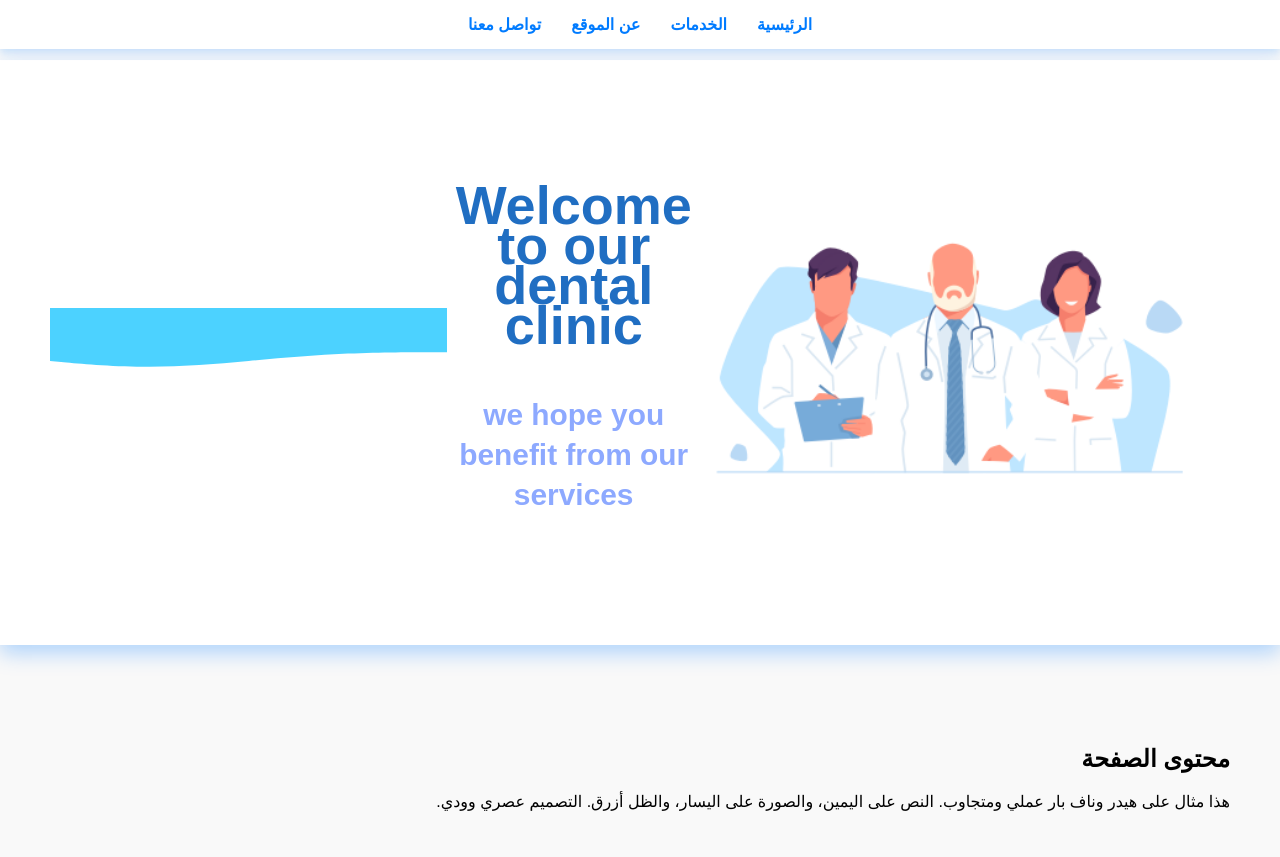
Repository: mysite4/s
Page: http://localhost/
An editor plug-in stored every save of this project. The page is shown before and after the next save, followed by the edit.
The browser window is 1280 px wide. The pictures show the whole page.
Some web fonts or font styles are not loaded; a fallback is used. The page is served by the project's application, run on Django 5.2 (manage.py).

Above is the page before, as saved 2025-10-19 21:39:15.

After the next save:
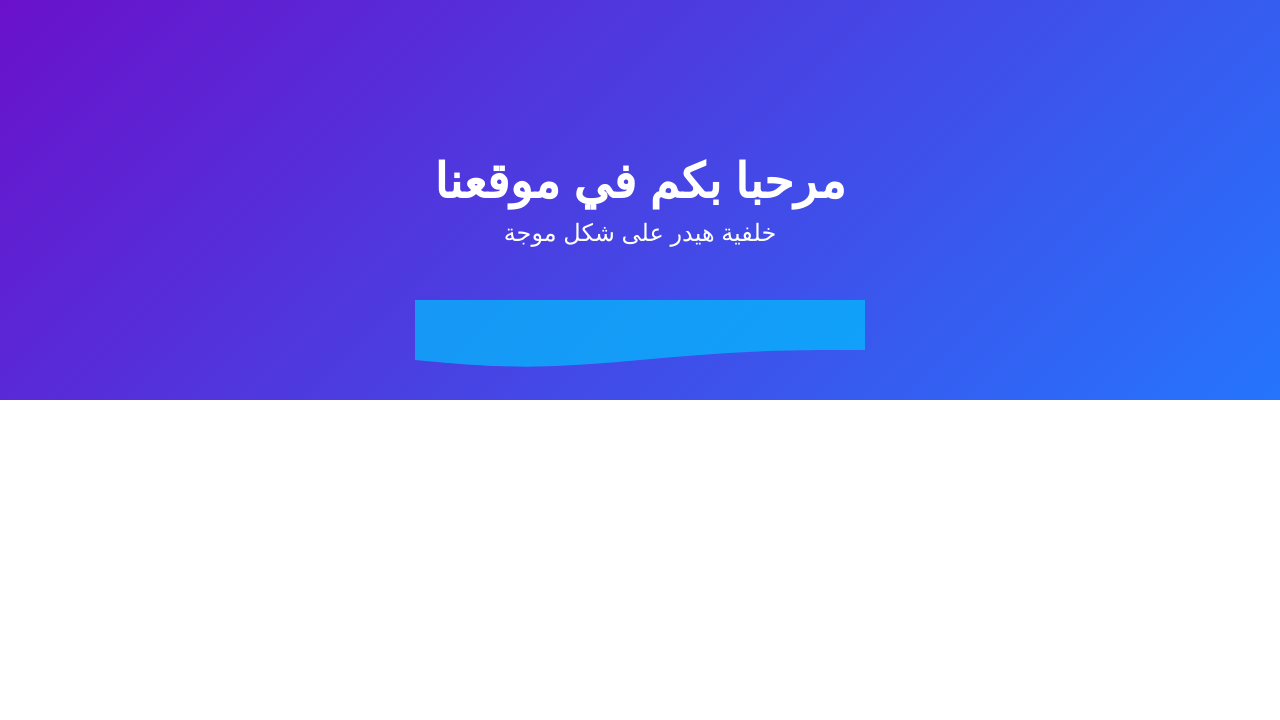
Saved 2 min 3 s later.
--- a/main/templates/home.html
+++ b/main/templates/home.html
@@ -1,40 +1,61 @@
-{% load static %}
 <!DOCTYPE html>
-<html lang="ar" dir="rtl">
+<html lang="ar">
 <head>
 <meta charset="UTF-8">
 <meta name="viewport" content="width=device-width, initial-scale=1.0">
-<title>ناف بار متطور</title>
-<link href="https://fonts.googleapis.com/css2?family=Cairo:wght@200..1000&display=swap" rel="stylesheet">
-<link rel="stylesheet" href="{% static 'css/style.css' %}">
+<title>هيدر بموجة</title>
+<style>
+  body, html {
+    margin: 0;
+    padding: 0;
+    font-family: Arial, sans-serif;
+  }
+
+  /* الهيدر */
+  header {
+    position: relative;
+    height: 400px;
+    background: linear-gradient(135deg, #6a11cb 0%, #2575fc 100%);
+    overflow: hidden;
+    color: white;
+    text-align: center;
+    display: flex;
+    flex-direction: column;
+    justify-content: center;
+  }
+
+  header h1 {
+    font-size: 48px;
+    margin: 0;
+  }
+
+  header p {
+    font-size: 24px;
+    margin: 10px 0 0 0;
+  }
+
+  /* موجة SVG */
+  .waves {
+    position: absolute;
+    bottom: 0;
+    width: 100%;
+    height: 100px;
+  }
+</style>
 </head>
 <body>
 
-<nav>
-  <ul>
-    <li><a href="#">الرئيسية</a></li>
-    <li><a href="#">الخدمات</a></li>
-    <li><a href="#">عن الموقع</a></li>
-    <li><a href="#">تواصل معنا</a></li>
-  </ul>
-</nav>
+<header>
+  <div class="header-content">
+    <h1>مرحبا بكم في موقعنا</h1>
+    <p>خلفية هيدر على شكل موجة</p>
+  </div>
 
-<header>
-  <div class="header-icon">
-    <img src="{% static 'image/r.png.png' %}" alt="ريم">
-  </div>
-  <div class="header-text"><h2>Welcome to our dental clinic</h2><h5 style="color: rgb(141, 169, 255);">we hope you benefit from our services</h5></div>
-
-  <!-- موجة -->
+  <!-- موجة SVG -->
   <svg class="waves" xmlns="http://www.w3.org/2000/svg" viewBox="0 0 1440 320">
     <path fill="#00bfff" fill-opacity="0.7" d="M0,192L60,197.3C120,203,240,213,360,213.3C480,213,600,203,720,192C840,181,960,171,1080,165.3C1200,160,1320,160,1380,160L1440,160L1440,0L1380,0C1320,0,1200,0,1080,0C960,0,840,0,720,0C600,0,480,0,360,0C240,0,120,0,60,0L0,0Z"></path>
   </svg>
 </header>
 
-<main>
-  <h2>محتوى الصفحة</h2>
-  <p>هذا مثال على هيدر وناف بار عملي ومتجاوب. النص على اليمين، والصورة على اليسار، والظل أزرق. التصميم عصري وودي.</p>
-</main>
-
 </body>
 </html>

After the save that followed:
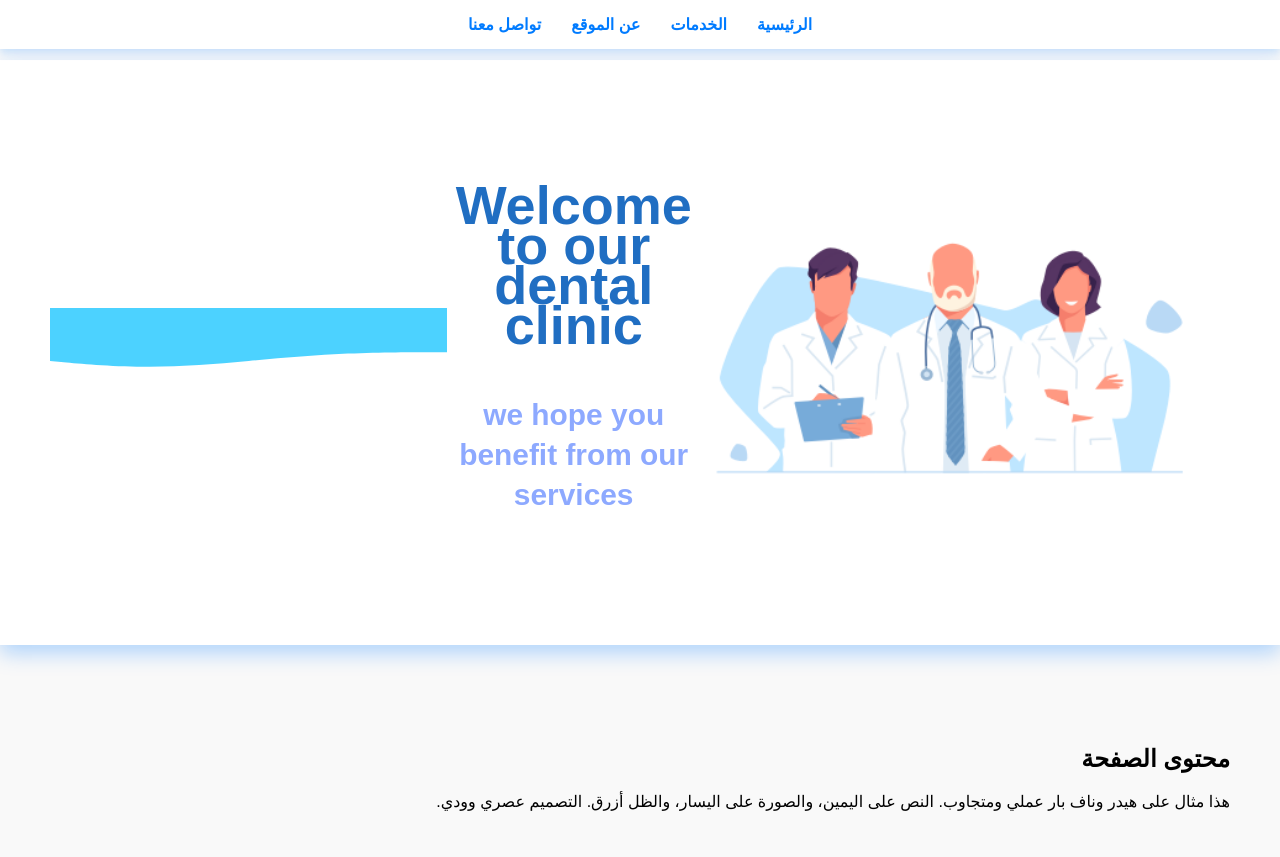
Saved 13 s later.
--- a/main/templates/home.html
+++ b/main/templates/home.html
@@ -1,61 +1,40 @@
+{% load static %}
 <!DOCTYPE html>
-<html lang="ar">
+<html lang="ar" dir="rtl">
 <head>
 <meta charset="UTF-8">
 <meta name="viewport" content="width=device-width, initial-scale=1.0">
-<title>هيدر بموجة</title>
-<style>
-  body, html {
-    margin: 0;
-    padding: 0;
-    font-family: Arial, sans-serif;
-  }
-
-  /* الهيدر */
-  header {
-    position: relative;
-    height: 400px;
-    background: linear-gradient(135deg, #6a11cb 0%, #2575fc 100%);
-    overflow: hidden;
-    color: white;
-    text-align: center;
-    display: flex;
-    flex-direction: column;
-    justify-content: center;
-  }
-
-  header h1 {
-    font-size: 48px;
-    margin: 0;
-  }
-
-  header p {
-    font-size: 24px;
-    margin: 10px 0 0 0;
-  }
-
-  /* موجة SVG */
-  .waves {
-    position: absolute;
-    bottom: 0;
-    width: 100%;
-    height: 100px;
-  }
-</style>
+<title>ناف بار متطور</title>
+<link href="https://fonts.googleapis.com/css2?family=Cairo:wght@200..1000&display=swap" rel="stylesheet">
+<link rel="stylesheet" href="{% static 'css/style.css' %}">
 </head>
 <body>
 
+<nav>
+  <ul>
+    <li><a href="#">الرئيسية</a></li>
+    <li><a href="#">الخدمات</a></li>
+    <li><a href="#">عن الموقع</a></li>
+    <li><a href="#">تواصل معنا</a></li>
+  </ul>
+</nav>
+
 <header>
-  <div class="header-content">
-    <h1>مرحبا بكم في موقعنا</h1>
-    <p>خلفية هيدر على شكل موجة</p>
+  <div class="header-icon">
+    <img src="{% static 'image/r.png.png' %}" alt="ريم">
   </div>
+  <div class="header-text"><h2>Welcome to our dental clinic</h2><h5 style="color: rgb(141, 169, 255);">we hope you benefit from our services</h5></div>
 
-  <!-- موجة SVG -->
+  <!-- موجة -->
   <svg class="waves" xmlns="http://www.w3.org/2000/svg" viewBox="0 0 1440 320">
     <path fill="#00bfff" fill-opacity="0.7" d="M0,192L60,197.3C120,203,240,213,360,213.3C480,213,600,203,720,192C840,181,960,171,1080,165.3C1200,160,1320,160,1380,160L1440,160L1440,0L1380,0C1320,0,1200,0,1080,0C960,0,840,0,720,0C600,0,480,0,360,0C240,0,120,0,60,0L0,0Z"></path>
   </svg>
 </header>
 
+<main>
+  <h2>محتوى الصفحة</h2>
+  <p>هذا مثال على هيدر وناف بار عملي ومتجاوب. النص على اليمين، والصورة على اليسار، والظل أزرق. التصميم عصري وودي.</p>
+</main>
+
 </body>
 </html>
